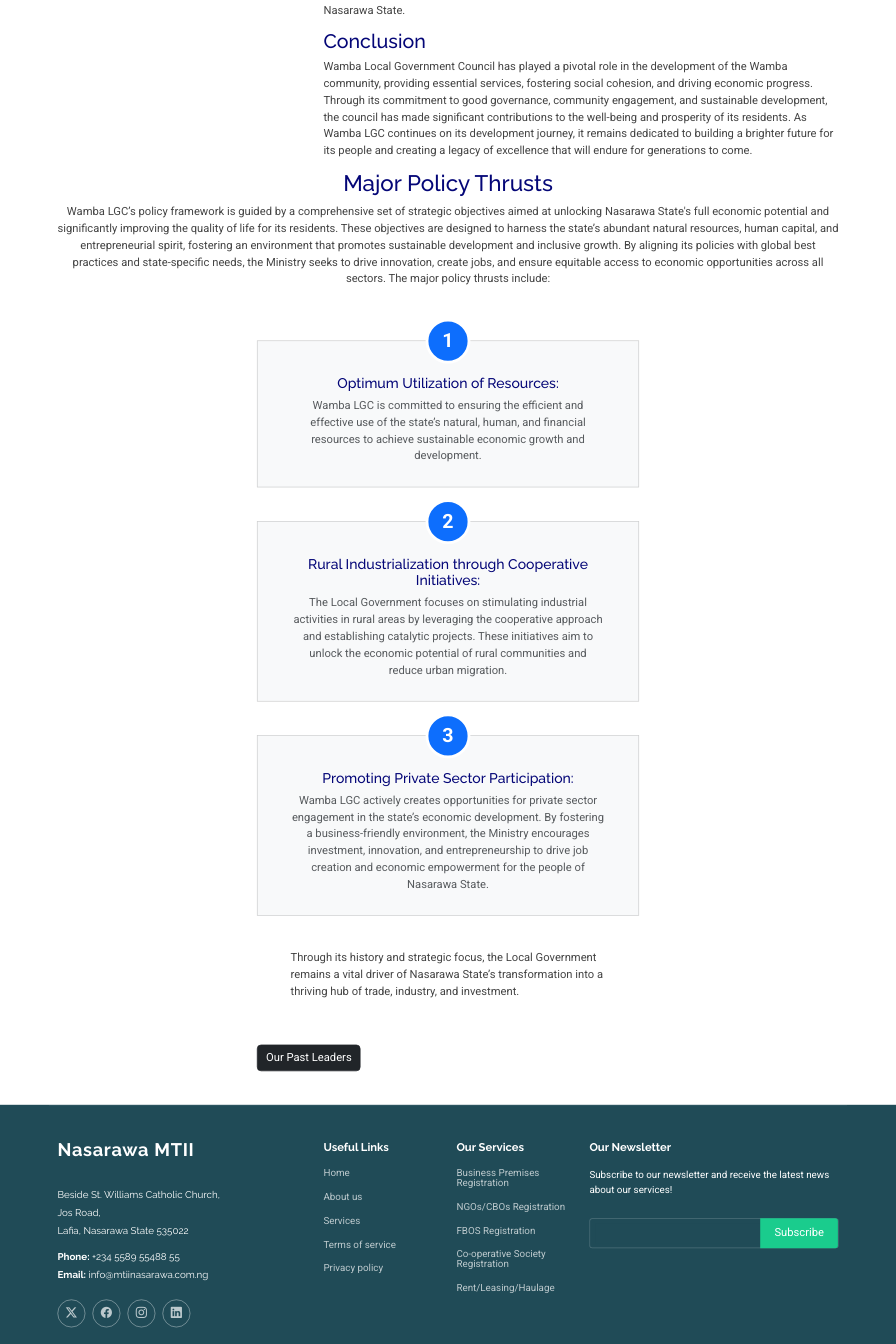
Repository: GlorifiedIntel/wamba-lgc
Page: wamba-history.html
These files come from the project's save history. The page is drawn as it stood at one moment and after the next save; the edit follows.
The browser window is 1280 px wide. The pictures show the part of the page from y = 2035 to 3955 px (the page is 4053 px tall before and 3871 px after), at 70% of full size.

Above is the page before, as saved 2025-02-06 03:11:07.
Console error: TypeError: Cannot read properties of null (reading 'click')

After the next save:
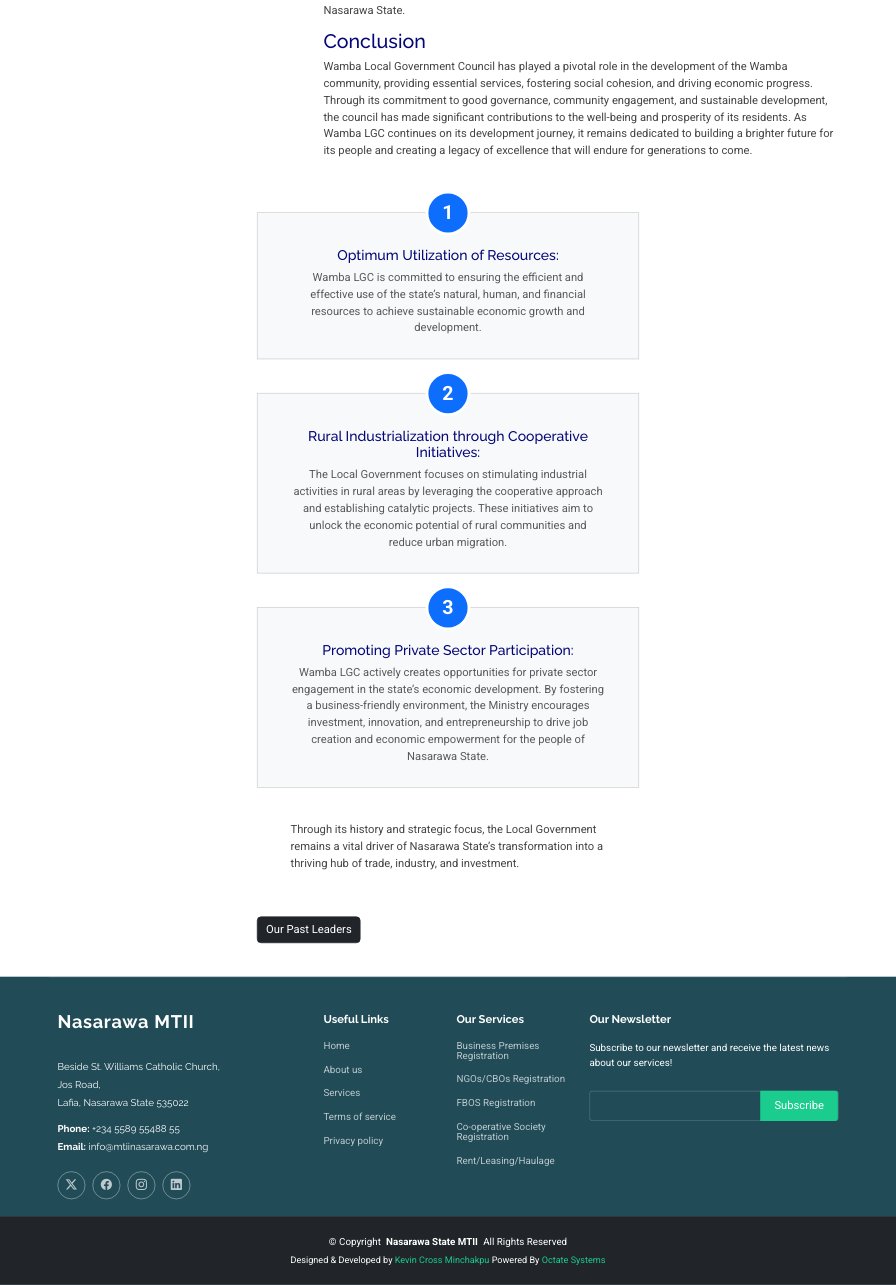
Saved 28 s later.
--- a/wamba-history.html
+++ b/wamba-history.html
@@ -160,8 +160,7 @@
         <p>Looking ahead, Wamba LGC is committed to building on its achievements and addressing emerging challenges to realize its vision for the future. The council aims to promote sustainable development, economic growth, and social inclusion, guided by principles of equity, justice, and integrity. By harnessing the creativity, resilience, and potential of its people, Wamba LGC seeks to create a vibrant, prosperous, and harmonious community that serves as a model of excellence and innovation in Nasarawa State.</p>
         <h3>Conclusion</h3>
         <p>Wamba Local Government Council has played a pivotal role in the development of the Wamba community, providing essential services, fostering social cohesion, and driving economic progress. Through its commitment to good governance, community engagement, and sustainable development, the council has made significant contributions to the well-being and prosperity of its residents. As Wamba LGC continues on its development journey, it remains dedicated to building a brighter future for its people and creating a legacy of excellence that will endure for generations to come.</p></div>
-        <h2>Major Policy Thrusts</h2>
-          <p>Wamba LGC’s policy framework is guided by a comprehensive set of strategic objectives aimed at unlocking Nasarawa State's full economic potential and significantly improving the quality of life for its residents. These objectives are designed to harness the state’s abundant natural resources, human capital, and entrepreneurial spirit, fostering an environment that promotes sustainable development and inclusive growth. By aligning its policies with global best practices and state-specific needs, the Ministry seeks to drive innovation, create jobs, and ensure equitable access to economic opportunities across all sectors. The major policy thrusts include:</p>
+
       </div>
       </div>
     </section><!-- /Starter Section Section -->
